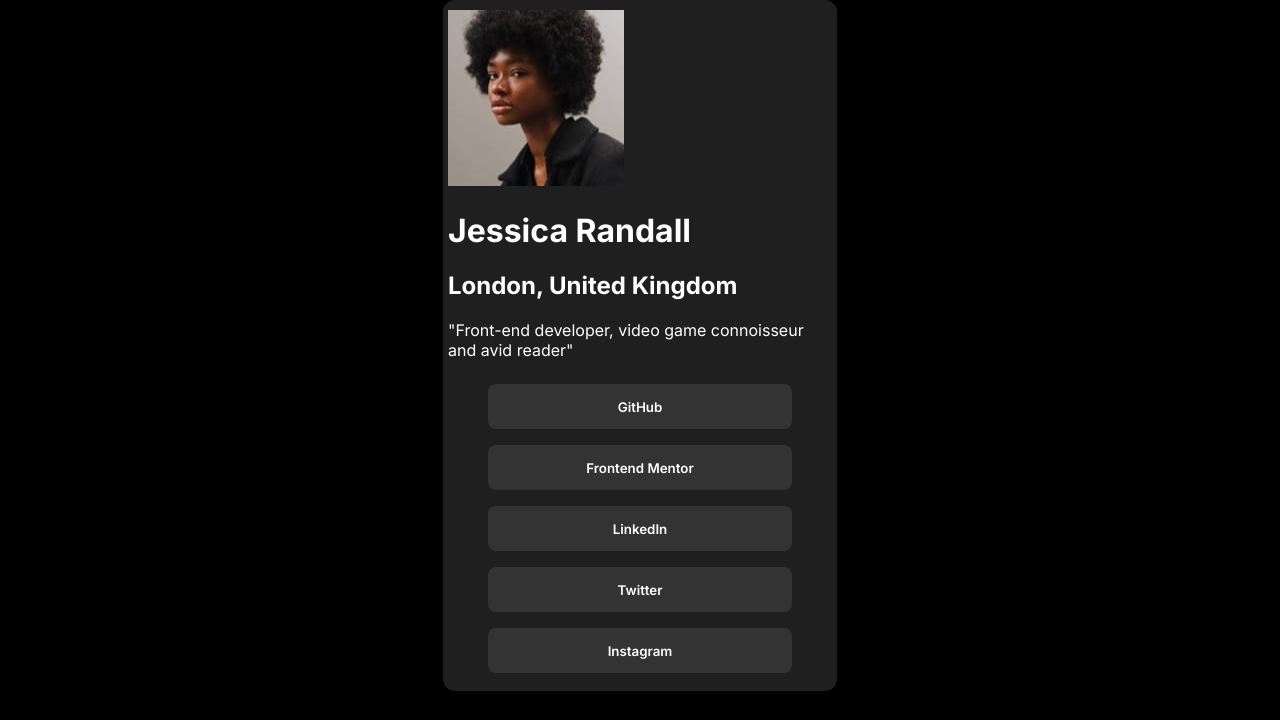
Repository: brandontaylor1/social-links-profile
Page: index.html
The author's editor kept a copy of each file at every save. The page is drawn from the files as they stood at one save, then again after a run of saves.
The browser window is 1280 px wide. The pictures show the whole page.

Above is the page before, as saved 2024-12-25 17:48:59.

After the next 3 saves:
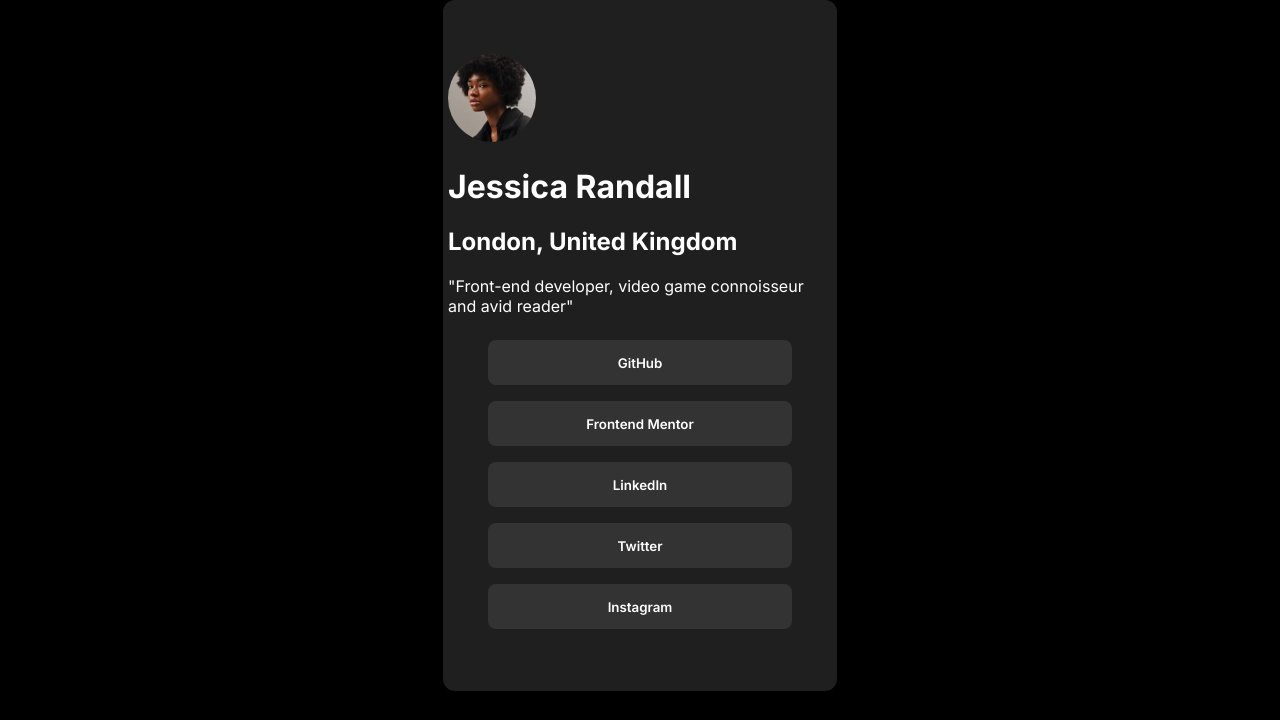
The 3 saves are shown as one change because they came seconds apart.
The last was saved 20 s later.
--- a/styles.css
+++ b/styles.css
@@ -36,7 +36,9 @@ body {
 }
 
 .profile-pic {
-
+    width: 88px;
+    height: 88px;
+    border-radius: 50%;
 }
 
 
